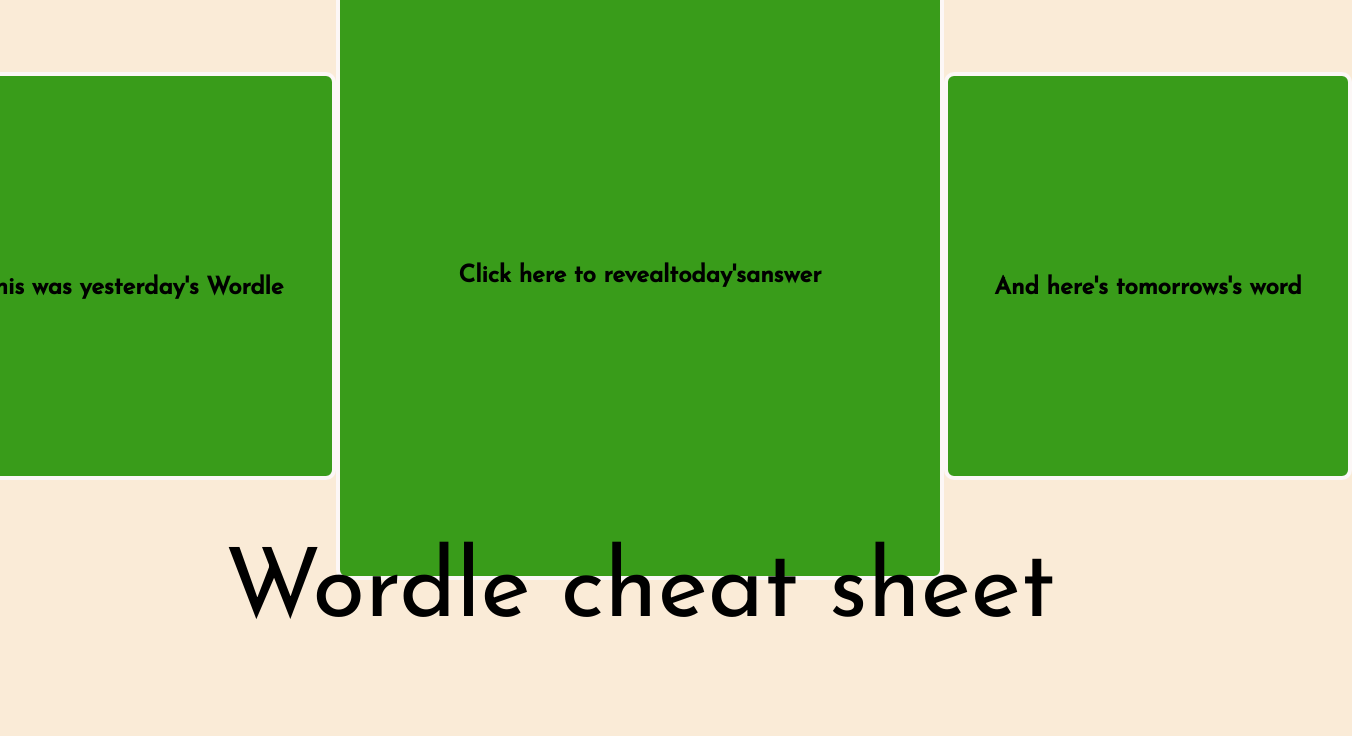
Repository: enoripl/tomorrows-wordle
Page: index.html
An editor plug-in stored every save of this project. The page is shown before and after the next save, followed by the edit.
The browser window is 1280 px wide. The page is 1352 px wide, so the pictures cover 1352 px, including what lies to the right of the window. The pictures show the whole page.

Above is the page before, as saved 2022-02-09 17:06:10.

### index.html
<!DOCTYPE html>
<html lang="en">
  <head>
    <meta charset="UTF-8" />
    <meta http-equiv="X-UA-Compatible" content="IE=edge" />
    <meta name="viewport" content="width=device-width, initial-scale=1.0" />
    <link rel="stylesheet" href="styles.css" />
    <script type="text/javascript" src="script.js" defer></script>
    <title>Today's (and tommorow's Wordle)</title>
  </head>
  <body>
    <main class="main-content">
      <div class="buttons-section">
        <div class="buttons-group">
          <div class="answer-btns" id="yesterdays-btn">
            This was yesterday's Wordle
          </div>
          <div class="answer-btns" id="todays-btn">
            <p>Click here to reveal</p>
            <p> today's</p>
            <p>answer</p>
          </div>
          <div class="answer-btns" id="tomorrows-btn">
            And here's tomorrows's word
          </div>
        </div>
      </div>
    </main>
    <div class="logo-section">
      <div class="logo">Wordle cheat sheet</div>
    </header>
  </body>
</html>

### styles.css
@import url('https://fonts.googleapis.com/css2?family=Josefin+Sans:wght@300;400;500&display=swap');
body {
    height: 100vh;
    font-family: 'Josefin Sans', sans-serif;
    background-color: antiquewhite;
    white-space: pre-line
}

main {
    height: 70%;
}
.main-content {
    display: flex;
    justify-content: center;
    align-items: center;
}
.buttons-group {
    display: flex;
    align-items: center;
}

.answer-btns {
    display: flex;
    justify-content: center;
    align-items: center;
    background-color: rgb(57, 156, 26);
    height: 400px;
    width: 400px;
    font-size: 1.5rem;
    font-weight: 600;
    border-radius: 10px;
    border: 4px solid rgb(252, 247, 246);
}

.answer-text {
    font-size: 3rem;
}
#todays-btn {
    height: 600px;
    width: 600px;
}

.logo-section {
    display: flex;
    justify-content: center;
    align-items: center;
    height: auto;
    font-size: 6rem;
}

Loaded but not shown: script.js (2353 lines, source omitted)

After the next save:
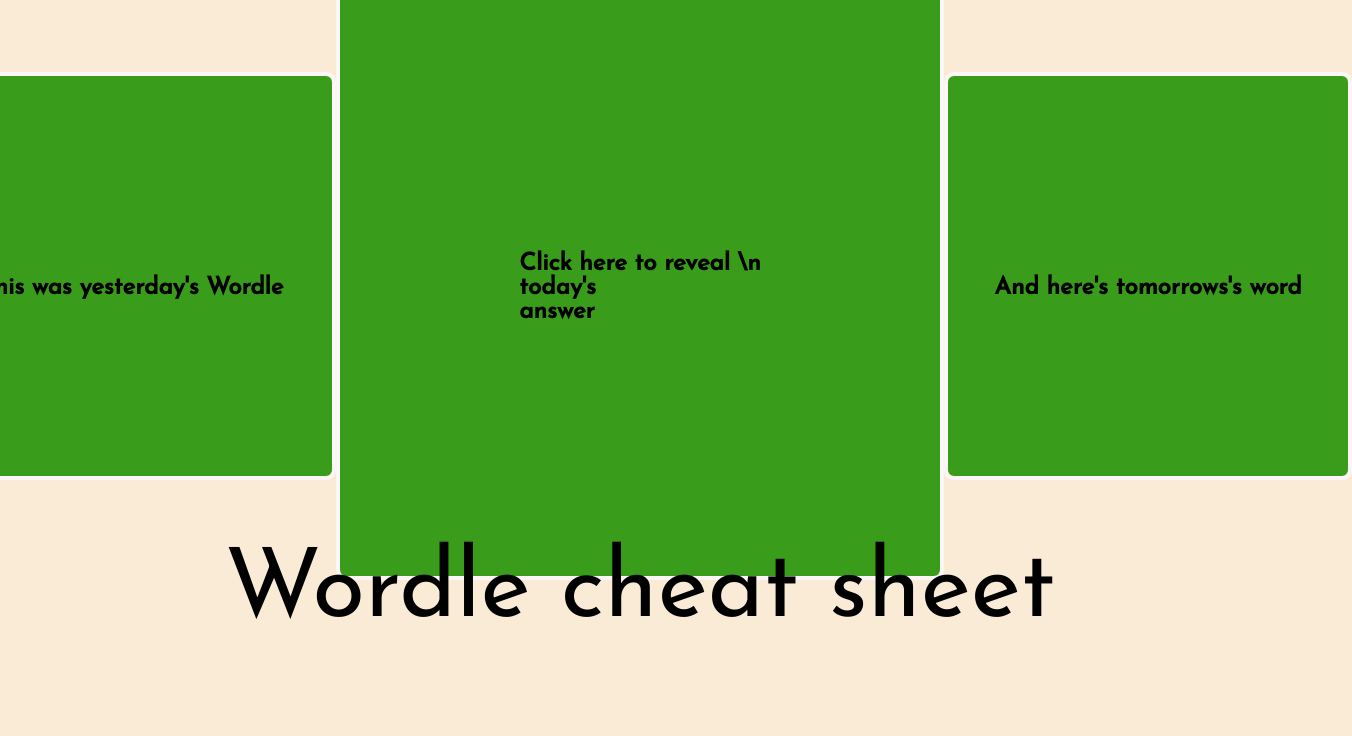
Saved 27 s later.
--- a/index.html
+++ b/index.html
@@ -16,9 +16,9 @@
             This was yesterday's Wordle
           </div>
           <div class="answer-btns" id="todays-btn">
-            <p>Click here to reveal</p>
-            <p> today's</p>
-            <p>answer</p>
+            Click here to reveal \n
+            today's
+            answer
           </div>
           <div class="answer-btns" id="tomorrows-btn">
             And here's tomorrows's word
